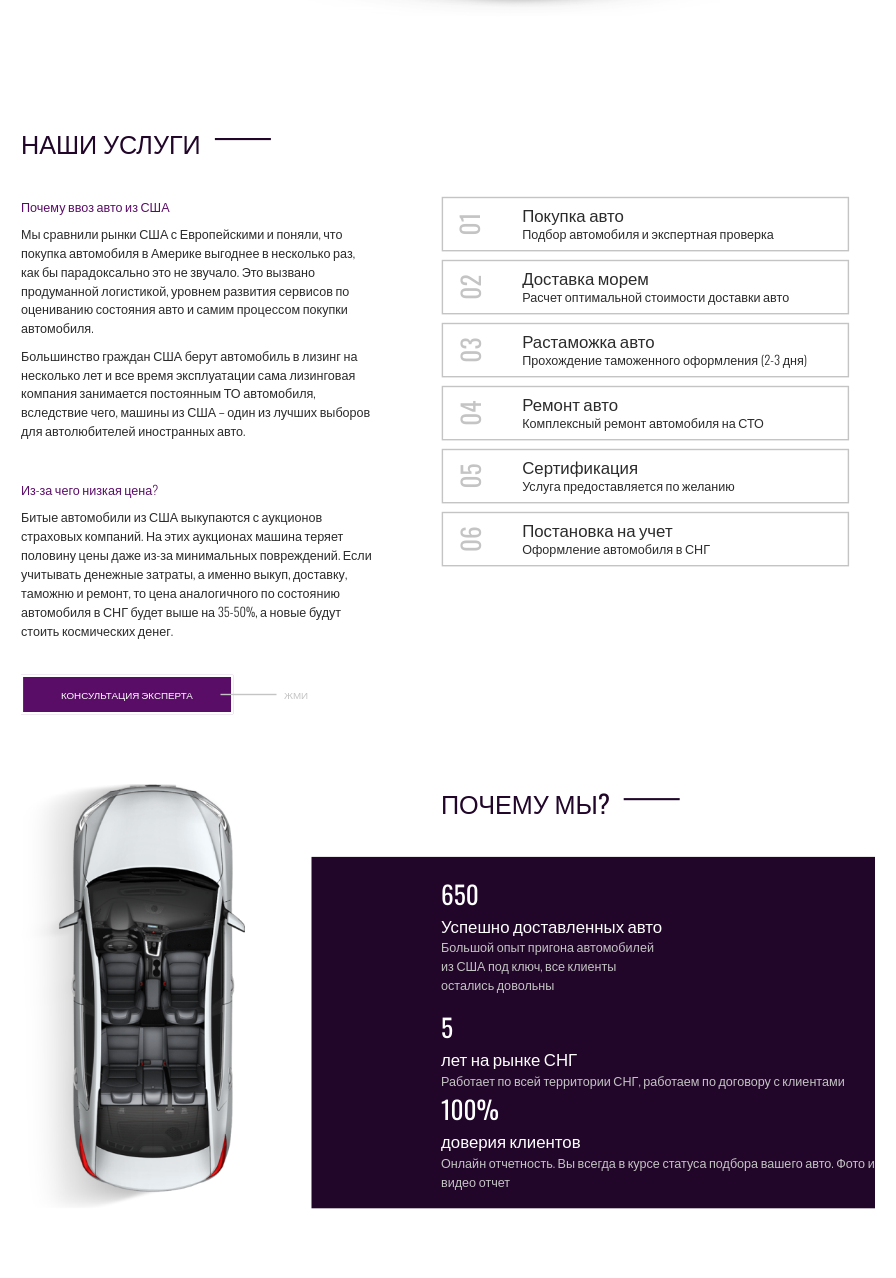
Repository: AlexandrLewandowski/site-1
Page: index.html
An editor plug-in stored every save of this project. The page is shown before and after the next save, followed by the edit.
The browser window is 1280 px wide. The pictures show the part of the page from y = 873 to 2793 px (the page is 2699 px tall before and 2793 px after), at 70% of full size.

Above is the page before, as saved 2024-05-02 14:25:53.

After the next save:
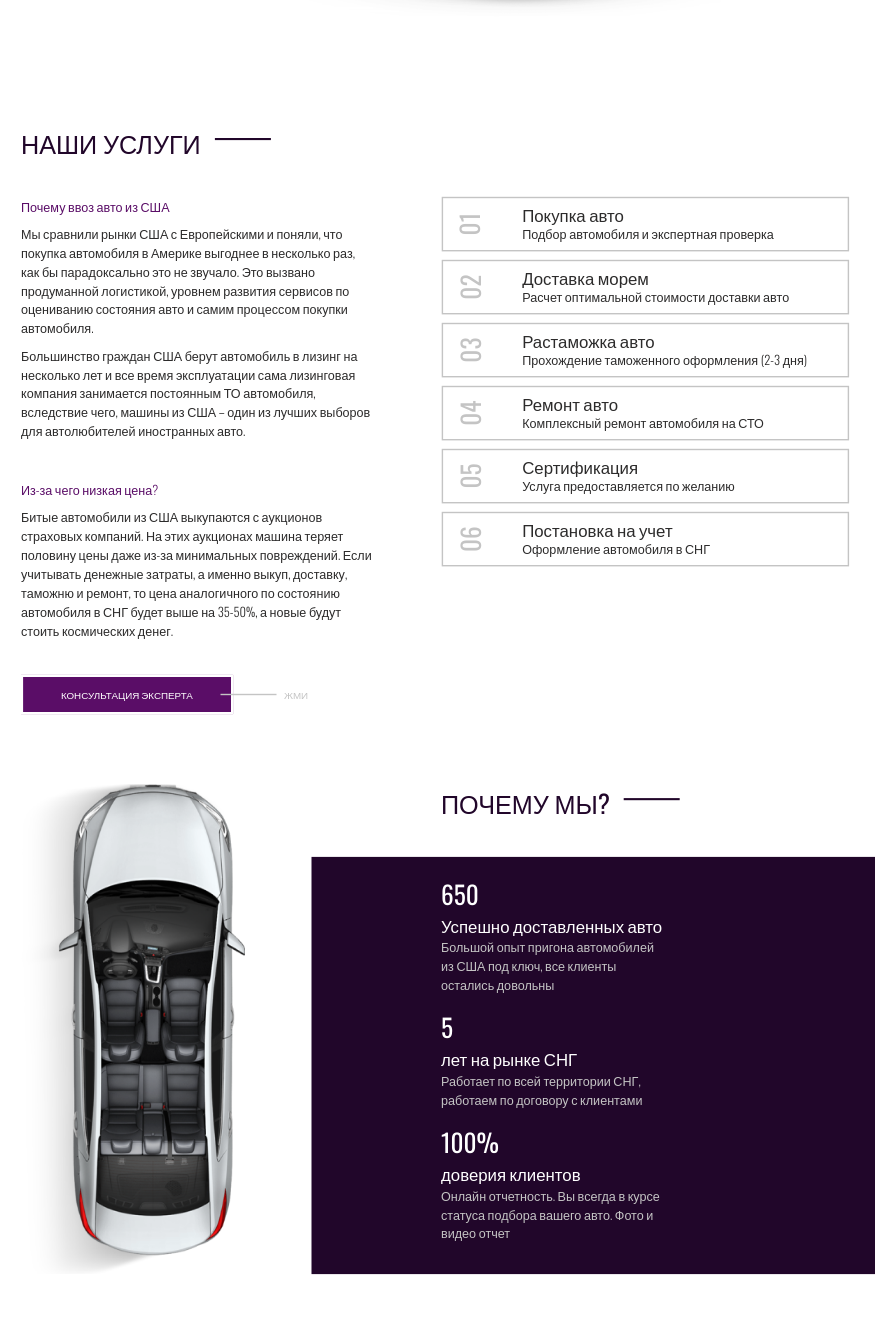
Saved 59 s later.
--- a/index.html
+++ b/index.html
@@ -137,7 +137,7 @@
                             <p class="benefits__item-text">Большой опыт пригона автомобилей из США под ключ, все клиенты
                                 остались довольны</p>
                         </li>
-                        <li class="benefits__list-item">
+                        <li class="benefits__item">
                             <p class="benefits__item-num">
                                 5
                             </p>
@@ -145,7 +145,7 @@
                             <p class="benefits__item-text">Работает по всей территории СНГ, работаем по договору с
                                 клиентами</p>
                         </li>
-                        <li class="benefits__list-item">
+                        <li class="benefits__item">
                             <p class="benefits__item-num">
                                 100%
                             </p>
